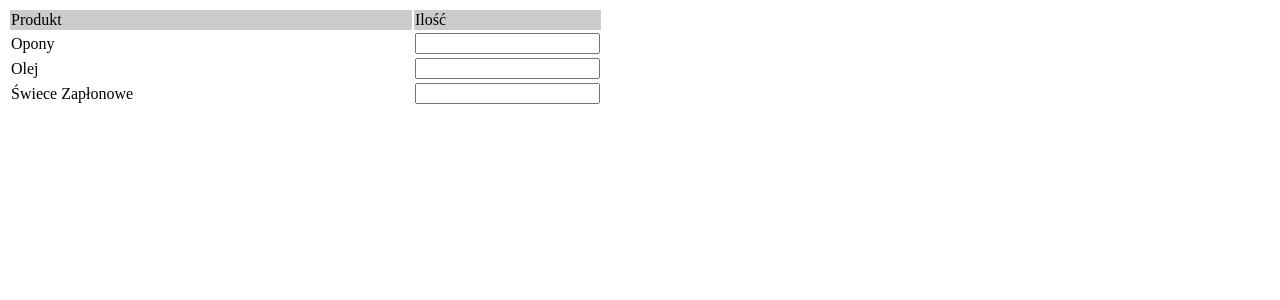
Repository: gabr/workspace
Page: php 001 - formularz/formularz.html
The author's editor kept a copy of each file at every save. The page is drawn from the files as they stood at one save, then again after the next save.
The browser window is 1280 px wide. The pictures show the whole page.

Above is the page before, as saved 2013-02-22 21:14:30.

### php 001 - formularz/formularz.html
<!DOCTYPE html PUBLIC "-//W3C//DTD HTML 4.01 Transitional//EN" "http://www.w3.org/TR/html4/loose.dtd">
<html>
<head>
<link rel="stylesheet" href="style.css">
<meta http-equiv="Content-Type" content="text/html; charset=UTF-8">
<title>formularz</title>
</head>
<body>
	<table>
		<tr id="naglowek">
			<td>Produkt</td>
			<td>Ilość</td>
		</tr>
		<tr>
			<td>Opony</td>
			<td><input type="text" name="iloscopon" /></td>
		</tr>
		<tr>
			<td>Olej</td>
			<td><input type="text" name="iloscoleju" /></td>
		</tr>
		<tr>
			<td>Świece Zapłonowe</td>
			<td><input type="text" name="iloscswiec" /></td>
		</tr>
	</table>
</body>
</html>

### php 001 - formularz/style.css
@CHARSET "UTF-8";

table {
	border: 0;
}

#naglowek {
	background-color: #cccccc;
}

tr > td:first-child {
	width: 25em;
}

After the next save:
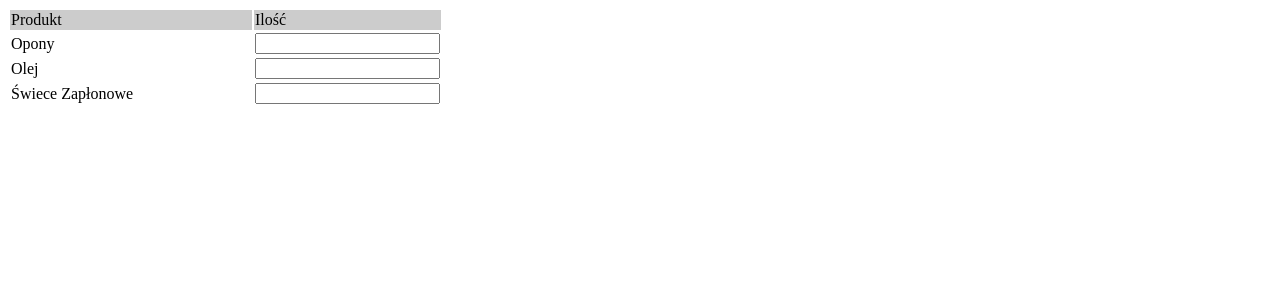
Saved 4 s later.
--- a/php 001 - formularz/style.css
+++ b/php 001 - formularz/style.css
@@ -9,5 +9,5 @@ table {
 }
 
 tr > td:first-child {
-	width: 25em;
+	width: 15em;
 }
